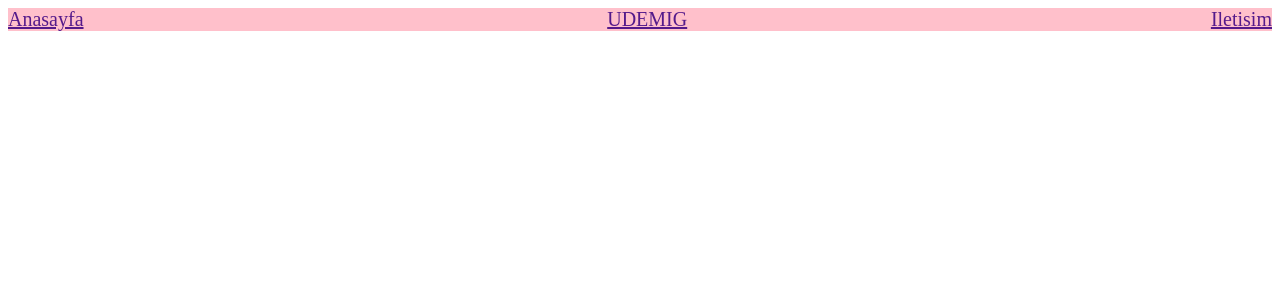
Repository: Kubraaygun/Html_Css_Login
Page: index.html
These files come from the project's save history. The page is drawn as it stood at one moment and after the next save; the edit follows.
The browser window is 1280 px wide. The pictures show the whole page.

Above is the page before, as saved 2025-03-04 20:58:18.

After the next save:
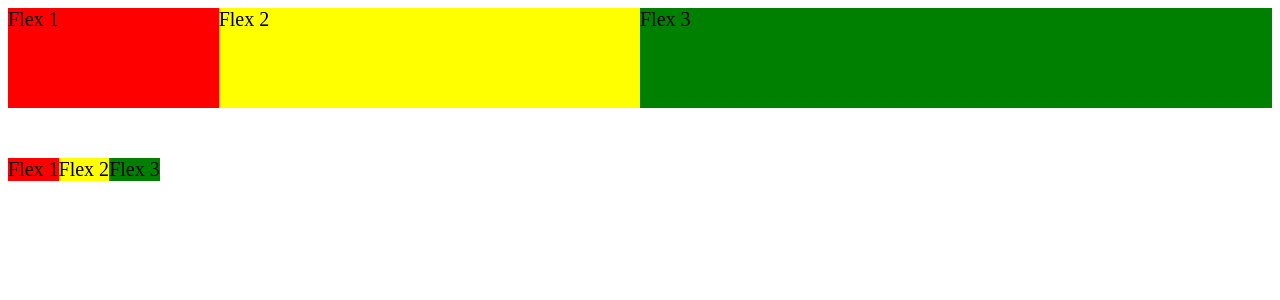
Saved 83 s later.
--- a/index.html
+++ b/index.html
@@ -6,21 +6,21 @@
     <title>HTML</title>
     <link rel="stylesheet" href="style.css" />
   </head>
+
   <body>
-    <header style="background-color: pink; margin-top: 0">
-      <div class="contain">
-        <div
-          style="
-            display: flex;
-            justify-content: space-between;
-            align-items: flex-end;
-          "
-        >
-          <a href="">Anasayfa</a>
-          <a href="">UDEMIG</a>
-          <a href="">Iletisim</a>
-        </div>
-      </div>
-    </header>
+    <div class="contaien" style="display: flex; height: 100px">
+      <div style="background-color: red; flex: 1">Flex 1</div>
+      <div style="background-color: yellow; flex: 2">Flex 2</div>
+      <div style="background-color: green; flex: 3">Flex 3</div>
+    </div>
+
+    <div
+      class="contaien"
+      style="display: flex; margin-top: 50px; border: 3px solig"
+    >
+      <div style="background-color: red">Flex 1</div>
+      <div style="background-color: yellow">Flex 2</div>
+      <div style="background-color: green">Flex 3</div>
+    </div>
   </body>
 </html>
